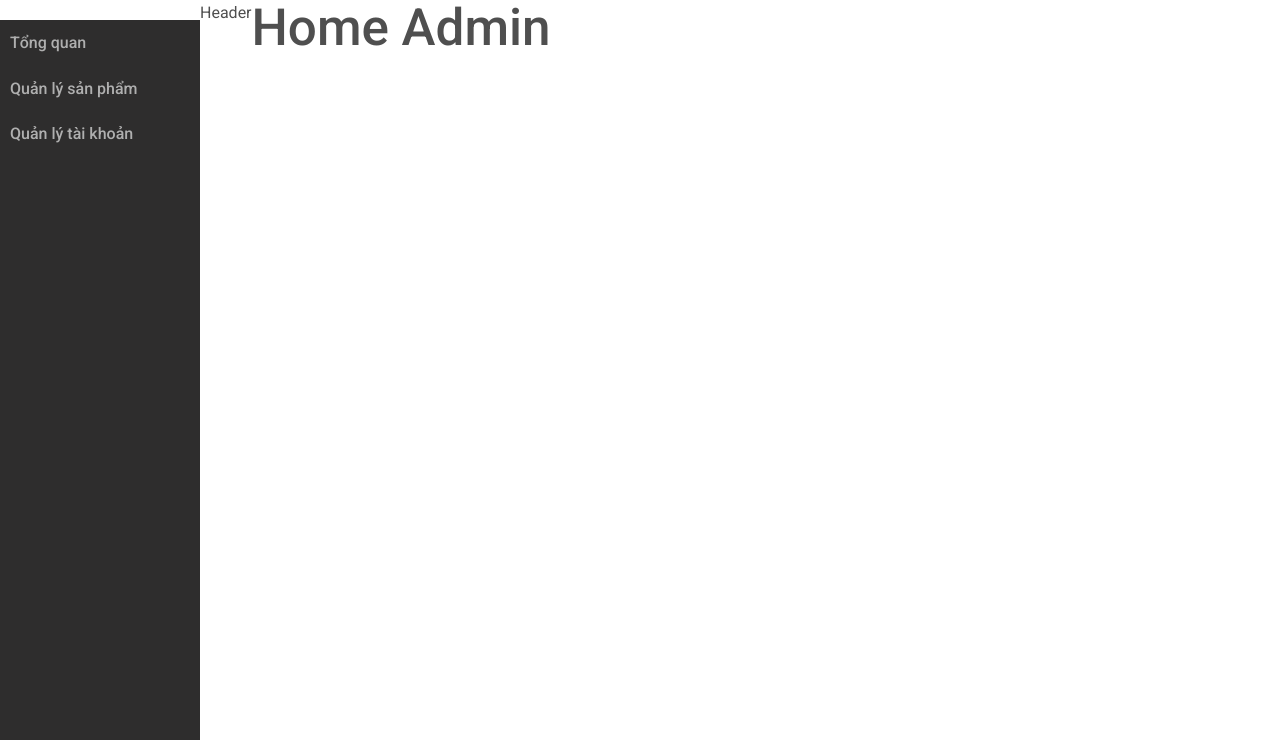
Repository: TinhTT336/MD02_Session10
Page: /admin
These files come from the project's save history. The page is drawn as it stood at one moment and after the next save; the edit follows.
The browser window is 1280 px wide. The pictures show the whole page.
Some web libraries are served in a nearby version. The project was rebuilt for these pictures with package versions that can differ from the ones it lists, and the page was loaded fresh each time. Also part of the build but not shown: vite.config.js, src/layouts/Navbar.jsx, src/layouts/Footer.jsx, src/components/base/button/button.css, src/components/base/button/Button.jsx, src/pages/Home.jsx, src/common/formatMoney.js, src/actions/cartActions.js and 11 more.

Above is the page before, as saved 2023-09-08 16:11:31.

### index.html
<!DOCTYPE html>
<html lang="en">
  <head>
    <meta charset="UTF-8" />
    <link rel="icon" type="image/svg+xml" href="/vite.svg" />
    <meta name="viewport" content="width=device-width, initial-scale=1.0" />
    <title>Vite + React</title>
    <!-- Font Awesome -->
    <link
      href="https://cdnjs.cloudflare.com/ajax/libs/font-awesome/6.0.0/css/all.min.css"
      rel="stylesheet"
    />
    <!-- Google Fonts -->
    <link
      href="https://fonts.googleapis.com/css?family=Roboto:300,400,500,700&display=swap"
      rel="stylesheet"
    />
    <!-- MDB -->
    <link
      href="https://cdnjs.cloudflare.com/ajax/libs/mdb-ui-kit/6.4.1/mdb.min.css"
      rel="stylesheet"
    />
  </head>
  <body>
    <div id="root"></div>
    <script type="module" src="/src/main.jsx"></script>
    <script
      type="text/javascript"
      src="https://cdnjs.cloudflare.com/ajax/libs/mdb-ui-kit/6.4.1/mdb.min.js"
    ></script>
  </body>
</html>

### src/main.jsx
import React from 'react'
import ReactDOM from 'react-dom/client'
import App from './App.jsx'
import './index.css'
import { BrowserRouter } from 'react-router-dom'
import { Provider } from 'react-redux'
import { createStore } from 'redux'
import { reducer } from './reducers/index.js'

const store = createStore(reducer)
ReactDOM.createRoot(document.getElementById('root')).render(
  <React.StrictMode>
    <BrowserRouter>
      <Provider store={store}>
        <App />
      </Provider>
    </BrowserRouter>
  </React.StrictMode>,
)

### src/App.jsx

import { Route, Routes, useLocation } from 'react-router-dom'
import './App.css'
import Home from './pages/Home'
import ListProduct from './pages/ListProduct'
import Cart from './pages/Cart'
import About from './pages/About'
import Contact from './pages/Contact'
import Register from './pages/Register'
import Login from './pages/Login'
import ProductDetail from './pages/ProductDetail'
import { useEffect } from 'react'
import PrivateRouter from './pages/private/PrivateRouter'
import HomeAdmin from './pages/private/HomeAdmin'
import ManagerProduct from './pages/private/ManagerProduct'
import ManagerUser from './pages/private/ManagerUser'

function App() {
  const location = useLocation();
  useEffect(() => {
    window.scrollTo({ top: 0, behavior: "smooth" });
  }, [location.pathname])
  return (
    <>
      <Routes>
        {/* Router ai cung co the truy cap */}
        <Route path='/' element={<Home />}></Route>
        <Route path='/list-product' element={<ListProduct />}></Route>
        <Route path='/product/:id' element={<ProductDetail />}></Route>
        <Route path='/cart' element={<Cart />}></Route>
        <Route path='/about' element={<About />}></Route>
        <Route path='/contact' element={<Contact />}></Route>
        <Route path='/register' element={<Register />}></Route>
        <Route path='/login' element={<Login />}></Route>
        <Route path='/product-detail' element={<ProductDetail />}></Route>

        {/* Router chi admin moi co the truy cap */}
        <Route path='/admin' element={<PrivateRouter />}>
          {/* path ="/" duong dan tuyet doi */}
          <Route index element={<HomeAdmin />}></Route>
          <Route path='manager-product' element={<ManagerProduct />}></Route>
          <Route path='manager-user' element={<ManagerUser />}></Route>
        </Route>
      </Routes>
    </>
  )
}

export default App

### src/reducers/index.js
import { combineReducers } from "redux";
import { listProduct } from "./listProduct";
import { listCart } from "./listCart";

export const reducer = combineReducers({ listProduct, listCart });

### src/App.css
* {
  margin: 0;
  padding: 0;
  box-sizing: border-box;
}
.active {
  background-color: #efefef;
}
/* body {
  max-width: 90%;
  margin: 0 auto;
} */

.nav-item .nav-link {
  padding: 15px;
}

.fa-cart-shopping {
  position: relative;
}

.fa-cart-shopping + span {
  position: absolute;
  top: -10px;
  right: -10px;
  background-color: red;
  color: white;
  border-radius: 50%;
  padding: 5px 10px;
}

### src/pages/private/PrivateRouter.jsx
import React from 'react'
import { Navigate, Outlet } from 'react-router-dom';

export default function PrivateRouter() {
    const isLogin = true; //da dang nhap
    return isLogin ? <Outlet /> : (<Navigate to={"/login"} />)
}

### src/pages/private/HomeAdmin.jsx
import React from 'react'
import Sidebar from '../../layouts/admin/sidebar/Sidebar'
import Header from '../../layouts/admin/Header'

export default function HomeAdmin() {
    return (
        <>
            <div className='d-flex'>
                <Sidebar />
                <Header />
                <h1>Home Admin</h1>

            </div>
        </>
    )
}

### src/reducers/listProduct.js
import products from "../data/products.json";
export const listProduct = (state = products, action) => {
  return state;
};

### src/reducers/listCart.js
import {
  ACT_ADD_CART,
  ACT_DECREASE,
  ACT_DELETE,
  ACT_INCREASE,
} from "../contrains/actionTypes";

const initialState = JSON.parse(localStorage.getItem("carts")) || [];
const saveDataLocal = (arr) => {
  localStorage.setItem("carts", JSON.stringify(arr));
};

/**
 * ham lay ra vi tri cua product trong listProduct
 * @param {*} id id can kiem tra
 * @param {*} arr mang can kiem tra
 * @returns neu tim thay ban ghi thi tra ra vi tri, neu khong tra ra -1
 * Author: TinhTT(08/09/2023)
 */
const findIndexProduct = (id, arr) => {
  const productIndex = arr.findIndex((p) => p.product_id === id);
  return productIndex;
};
export const listCart = (state = initialState, action) => {
  switch (action.type) {
    case ACT_ADD_CART:
      //b1:clone mang cu
      const newCarts = [...state];
      // vi tri can lay
      const indexProduct = findIndexProduct(
        action.payload.product_id,
        newCarts
      );
      // b2: kiem tra san pham da ton tai torng gio hang chua?
      if (indexProduct !== -1) {
        // neu da ton tai thi tang so luong
        newCarts[indexProduct].quantity += 1;
        // b3: luu giu lieu len local
        saveDataLocal(newCarts);
        // b4: return mang moi
        return newCarts;
      } else {
        // neu chua thi them vao gio hang
        const newAddCarts = [...state, { ...action.payload, quantity: 1 }];
        // b3: luu giu lieu len local
        saveDataLocal(newAddCarts);
        // b4: return mang moi
        return newAddCarts;
      }
    case ACT_DECREASE:
      // clone ra mang moi
      const newArr = [...state];
      // tim vi tri san pham
      const indexProductDecrease = findIndexProduct(action.payload, newArr);
      // neu so luong sp lon hon 0 thi giam di
      if (newArr[indexProductDecrease].quantity > 1) {
        newArr[indexProductDecrease].quantity -= 1;
        saveDataLocal(newArr);
        return newArr;
      } else {
        // neu so luong bang 0 thi clear khoi gio hang
        //cach 1:
        // newArr.splice(indexProductDecrease, 1);
        // saveDataLocal(newArr);
        // return newArr;

        // cach 2:
        const productFilter = newArr.filter(
          (p) => p.product_id !== action.payload
        );
        saveDataLocal(productFilter);
        return productFilter;
      }
    case ACT_INCREASE:
      // tim vi tri san pham
      const indexProductIncrease = findIndexProduct(action.payload, state);
      // clone ra mang moi
      const newArrIncrease = [...state];
      newArrIncrease[indexProductIncrease].quantity += 1;
      saveDataLocal(newArrIncrease);
      return newArrIncrease;
    case ACT_DELETE:
      // clone ra mang moi
      const newArrDelete = [...state];
      // loc ra cac san pham co id khac voi id cua sp can xoa
      const newArrAfterDelete = newArrDelete.filter(
        (p) => p.product_id !== action.payload
      );
      // luu giu lieu len local
      saveDataLocal(newArrAfterDelete);
      // return mang moi
      return newArrAfterDelete;
    default:
      return state;
  }
};

### src/layouts/admin/sidebar/Sidebar.jsx
import React from 'react'
import "./sidebar.css";
import { NavLink } from 'react-router-dom';
export default function Sidebar() {
    return (
        <>
            <div className='h-100 bg-black sidebar-admin'>
                <div>
                    <NavLink to={"/admin"} className="router-item">
                        <div></div>
                        <div className='router-title'>Tổng quan</div>
                    </NavLink>
                    <NavLink to={"/admin/manager-product"} className="router-item">
                        <div></div>
                        <div className='router-title'>Quản lý sản phẩm</div>
                    </NavLink>
                    <NavLink to={"/admin/manager-user"} className="router-item">
                        <div></div>
                        <div className='router-title'>Quản lý tài khoản</div>
                    </NavLink>
                </div>
            </div>

        </>
    )
}

### src/layouts/admin/Header.jsx
import React from 'react'

export default function Header() {
    return (
        <div>Header</div>
    )
}

### src/data/products.json
[
  {
    "product_id": 1,
    "product_name": "đai lưng",
    "image": "https://mdbcdn.b-cdn.net/img/Photos/Horizontal/E-commerce/Products/belt.webp",
    "price": 50000,
    "description": "Đai lưng thời trang cho nam và nữ. Sản phẩm này làm từ chất liệu da tổng hợp cao cấp, chất lượng đảm bảo. Thiết kế đơn giản nhưng vô cùng thời trang, phù hợp cho mọi dịp và trang phục. Dễ dàng điều chỉnh độ rộng để phù hợp với bạn. Đai lưng là một phụ kiện không thể thiếu trong tủ đồ của bạn."
  },
  {
    "product_id": 2,
    "product_name": "sét đồ đi chơi",
    "image": "https://mdbcdn.b-cdn.net/img/Photos/Horizontal/E-commerce/Products/img%20(4).webp",
    "price": 60000,
    "description": "Sét đồ đi chơi này bao gồm một áo thun, một quần jean và một đôi giày thể thao. Áo thun được làm từ chất liệu cotton, mềm mại và thoáng mát. Quần jean được làm từ chất liệu denim, vừa vặn và tôn dáng. Đôi giày thể thao được làm từ chất liệu da, đế cao su, mang lại sự thoải mái và êm ái khi di chuyển."
  },
  {
    "product_id": 3,
    "product_name": "giầy Nike hồng",
    "image": "https://mdbcdn.b-cdn.net/img/Photos/Horizontal/E-commerce/Products/shoes%20(3).webp",
    "price": 55000,
    "description": "Giày Nike hồng là một đôi giày thời trang dành cho nữ. Giày được làm từ chất liệu da tổng hợp cao cấp, có màu hồng pastel xinh xắn. Thiết kế đơn giản nhưng tinh tế, phù hợp với nhiều trang phục khác nhau."
  },
  {
    "product_id": 4,
    "product_name": "giầy Nike ",
    "image": "https://mdbcdn.b-cdn.net/img/Photos/Horizontal/E-commerce/Products/img%20(23).webp",
    "price": 70000,
    "description": "Giày Nike là một đôi giày thể thao dành cho nam và nữ. Giày được làm từ chất liệu da tổng hợp cao cấp, có màu đen cá tính. Thiết kế hiện đại, năng động, phù hợp với nhiều hoạt động thể thao khác nhau."
  },
  {
    "product_id": 5,
    "product_name": "quần jeans",
    "image": "https://mdbcdn.b-cdn.net/img/Photos/Horizontal/E-commerce/Products/img%20(17).webp",
    "price": 80000,
    "description": "Quần jeans là một item thời trang không thể thiếu trong tủ đồ của bất kỳ ai. Quần jeans trong danh sách này được làm từ chất liệu denim cao cấp, vừa vặn và tôn dáng. Màu xanh jeans cổ điển, dễ phối với nhiều trang phục khác nhau."
  },
  {
    "product_id": 6,
    "product_name": "mũ da",
    "image": "https://mdbcdn.b-cdn.net/img/Photos/Horizontal/E-commerce/Products/img%20(30).webp",
    "price": 100000,
    "description": "Mũ da là một phụ kiện thời trang không thể thiếu cho cả nam và nữ. Mũ được làm từ chất liệu da cao cấp, có màu đen sang trọng. Thiết kế đơn giản nhưng tinh tế, phù hợp với nhiều trang phục khác nhau."
  }
]

### src/contrains/actionTypes.js
export const ACT_ADD_CART = "add";
export const ACT_DECREASE = "decrease";
export const ACT_INCREASE = "increase";
export const ACT_DELETE = "delete";

### src/layouts/admin/sidebar/sidebar.css
.sidebar-admin {
  width: 200px;
  min-height: 100vh;
  overflow: hidden;
  background-color: #2e2d2d !important;
  color: #fff !important;
  margin-top: 20px;
}
/* .active {
  color: #fff !important;
} */
.router-item {
  /* padding: 10px; */
  color: #afafaf;
}
.router-title {
  padding: 10px;
}

Loaded but not shown: src/index.css (common file)

After the next save:
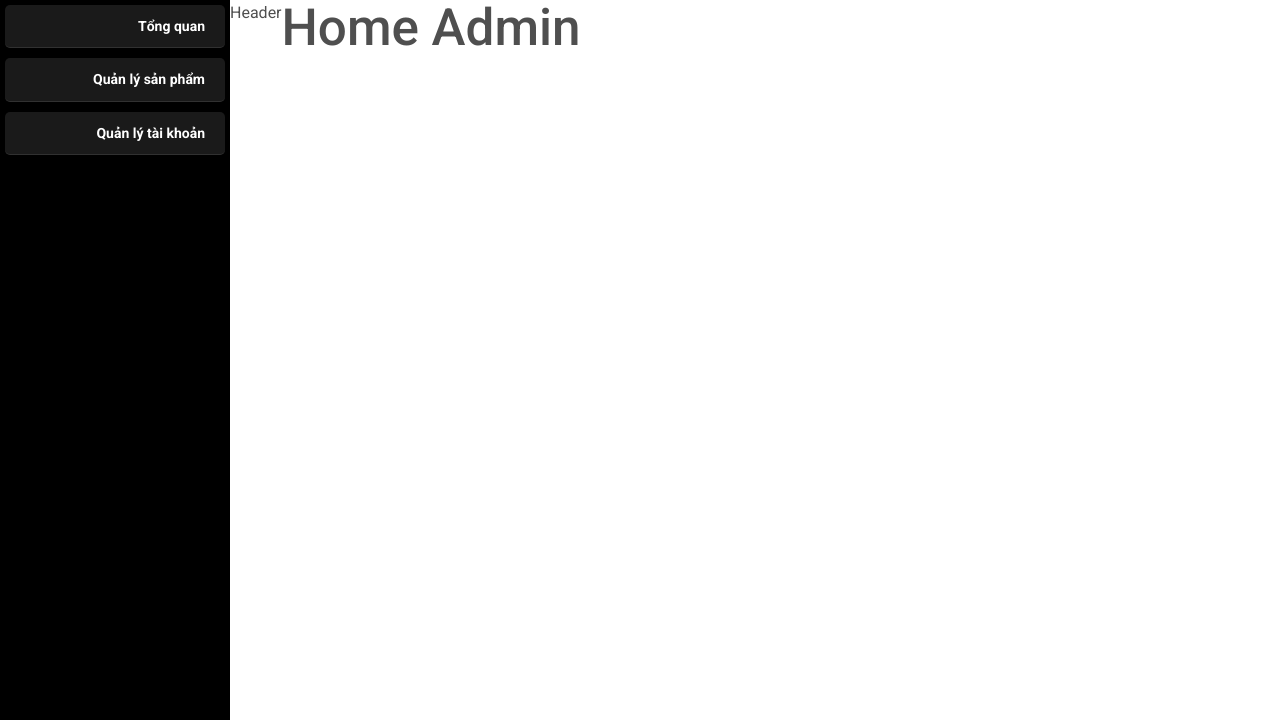
Saved 45 s later.
--- a/src/layouts/admin/sidebar/sidebar.css
+++ b/src/layouts/admin/sidebar/sidebar.css
@@ -1,4 +1,4 @@
-.sidebar-admin {
+/* .sidebar-admin {
   width: 200px;
   min-height: 100vh;
   overflow: hidden;
@@ -6,13 +6,64 @@
   color: #fff !important;
   margin-top: 20px;
 }
-/* .active {
+.active {
   color: #fff !important;
-} */
+}
 .router-item {
-  /* padding: 10px; */
+  padding: 10px;
   color: #afafaf;
 }
 .router-title {
   padding: 10px;
+} */
+
+.sidebar-admin {
+  width: 230px;
+  min-height: 100vh;
+  color: #fff;
+  padding: 5px;
 }
+
+.router-item {
+  padding: 10px;
+  border-bottom: 1px solid rgba(255, 255, 255, 0.1);
+  cursor: pointer;
+  transition: all.3s ease;
+  color: #fff;
+  font-size: 14px;
+  font-weight: 600;
+  display: flex;
+  align-items: center;
+  justify-content: space-between;
+  position: relative;
+  z-index: 1;
+  margin-bottom: 10px;
+  padding-left: 20px;
+  padding-right: 20px;
+  padding-top: 10px;
+  padding-bottom: 10px;
+  background-color: rgba(255, 255, 255, 0.1);
+  border-radius: 5px;
+  transition: all.3s ease;
+  box-shadow: 0 1px 3px rgba(0, 0, 0, 0.12), 0 1px 2px rgba(0, 0, 0, 0.24);
+}
+
+.router-item:hover {
+  background-color: rgba(255, 255, 255, 0.2);
+  box-shadow: 0 14px 26px -12px rgba(0, 0, 0, 0.42),
+    0 4px 23px 0px rgba(0, 0, 0, 0.12), 0 8px 10px -5px rgba(0, 0, 0, 0.2);
+}
+
+.router-item:hover.router-item-icon {
+  color: #fff;
+}
+
+.router-item-icon {
+  font-size: 20px;
+  margin-right: 10px;
+}
+
+.router-item-title {
+  font-size: 14px;
+  font-weight: 600;
+}
